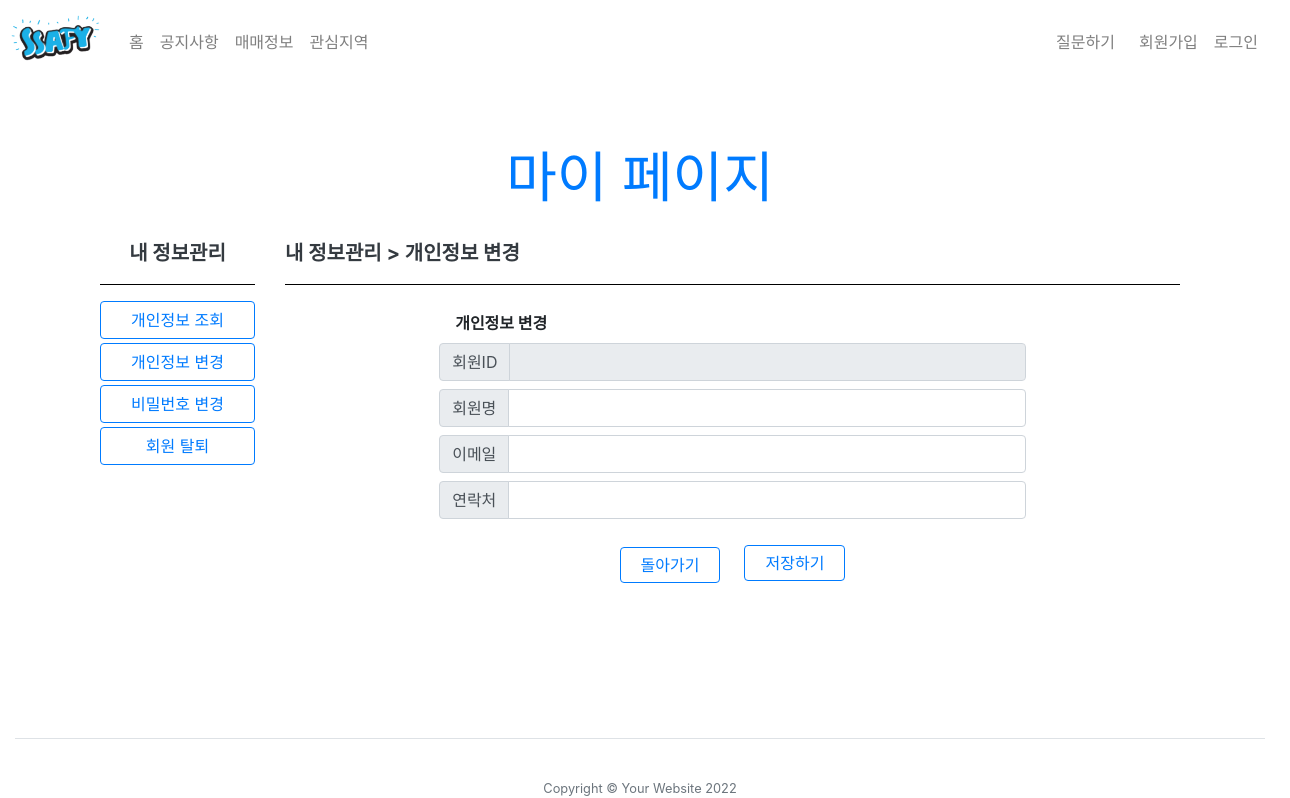
Repository: shinyoungjei/SSAFY_Final_PJT
Page: /user/mypage (app in front/)
The author's editor kept a copy of each file at every save. The page is drawn from the files as they stood at one save, then again after the next save.
The browser window is 1280 px wide. The page is 1290 px wide, so the pictures cover 1290 px, including what lies to the right of the window. The pictures show the whole page.
The project was rebuilt for these pictures with package versions that can differ from the ones it lists, and the page was loaded fresh each time. Also part of the build but not shown: front/vue.config.js, front/src/views/HomeView.vue, front/src/views/AreaView.vue. Imported but missing from the stored project, and not drawn on this page: front/happyhouse/src/components/faq/QuestionChatItem.

Above is the page before, as saved 2022-05-25 20:44:43.

After the next save:
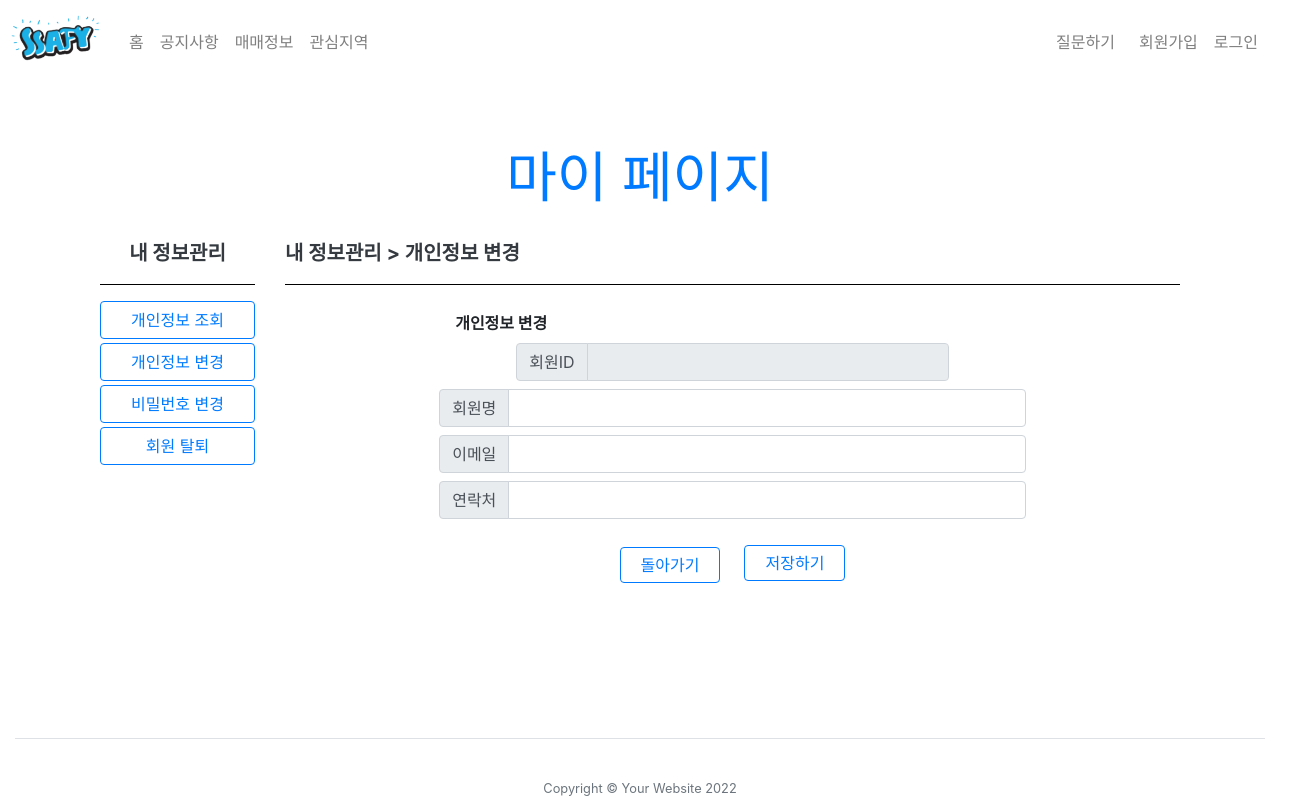
Saved 49 s later.
--- a/front/src/components/user/UserMyPage.vue
+++ b/front/src/components/user/UserMyPage.vue
@@ -181,7 +181,7 @@
             </b-row>
 
             <b-row>
-              <b-col cols="2"></b-col>
+              <b-col cols="3"></b-col>
               <b-col>
                 <b-input-group class="mt-2">
                   <b-input-group-prepend is-text>
@@ -194,7 +194,7 @@
                   />
                 </b-input-group>
               </b-col>
-              <b-col cols="2"></b-col>
+              <b-col cols="3"></b-col>
             </b-row>
 
             <b-row>
